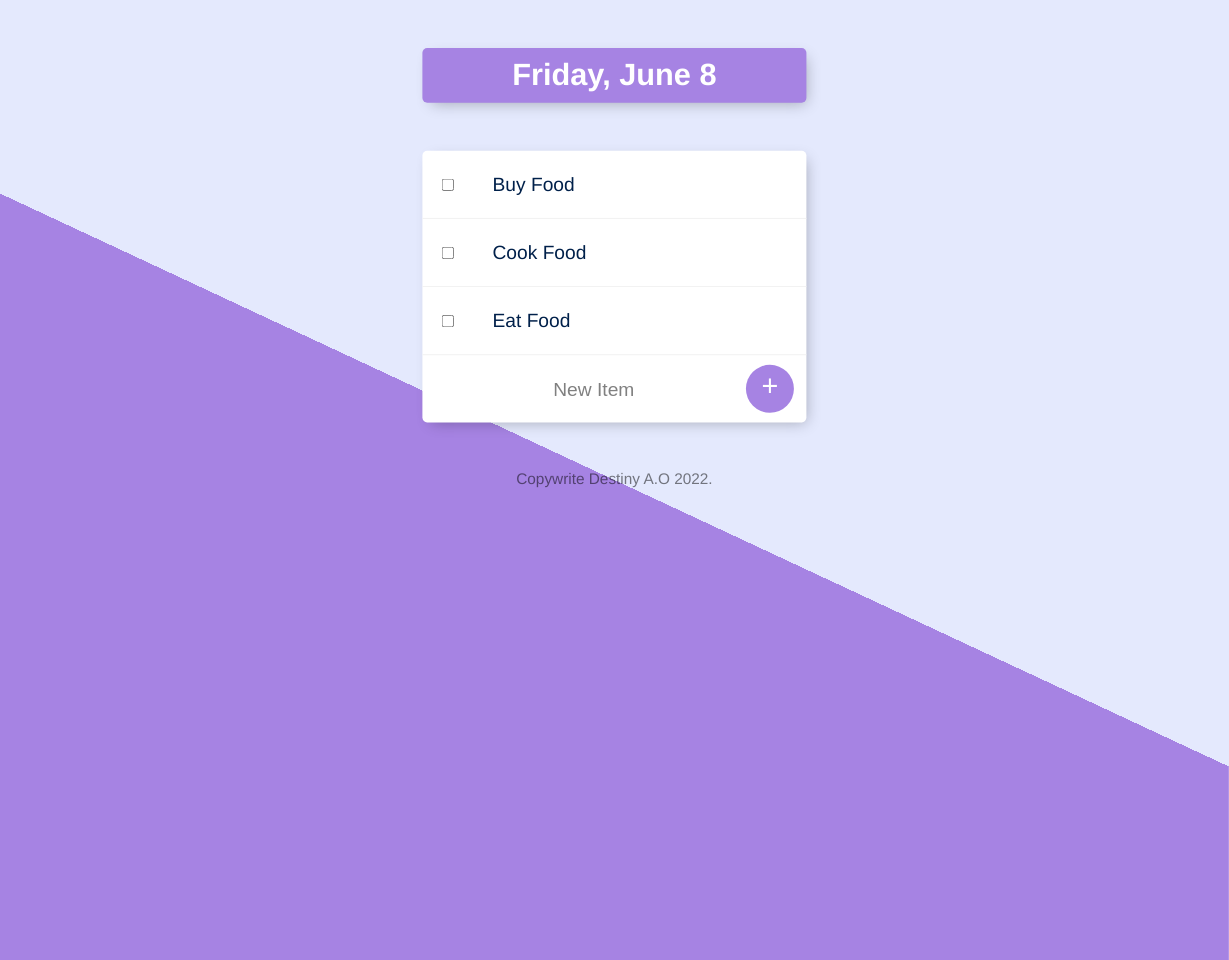
Repository: DESTINYAS/ToDo-List
Page: http://localhost/
These files come from the project's save history. The page is drawn as it stood at one moment and after the next save; the edit follows.
The browser window is 1280 px wide. The pictures show the whole page, at 96% of full size.
The page is served by the project's Node server (app.js).

Above is the page before, as saved 2022-08-25 12:49:22.

### views/list.ejs

    <%- include('header'); -%>
    <div class="box" id="heading">
      <h1><%= listTitle %></h1>
    </div>

    <div class="box">
        <% for( var i=0;i<newListItems.length;i++) {%>
        <div class="item">
          <input type="checkbox">
          <p><%= newListItems[i] %></p>
        </div>
        <%}%>
      <form class="item" action="/" method="post">
        <input type="text" name="newItem" placeholder="New Item" autocomplete="off"/>
        <button type="submit" name="list" value=<%= listTitle %>>+</button>
      </form>
    </div>
    <%- include('footer'); -%>

### views/header.ejs
<!DOCTYPE html>
<html lang="en">
  <head>
    <meta charset="UTF-8" />
    <meta http-equiv="X-UA-Compatible" content="IE=edge" />
    <meta name="viewport" content="width=device-width, initial-scale=1.0" />
    <title>To do list</title>
    <link rel="stylesheet" href="css/styles.css" />
  </head>
</html>

### views/footer.ejs

</body>
<footer>Copywrite Destiny A.O 2022.</footer>
</html>

### app.js
const express = require("express");
const bodyParser = require("body-parser");
const date = require(__dirname + "/date.js");
const app = express();
const items = ["Buy Food", "Cook Food", "Eat Food"];
const workItems = [];
app.set("view engine", "ejs");
app.use(bodyParser.urlencoded({ extended: true }));
app.use(express.static("public"));

app.get("/", function (req, res) {
  let day = date.getDate();
  res.render("list", { listTitle: day, newListItems: items });
});
app.post("/", function (req, res) {
  const item = req.body.newItem;
  if (req.body.list === "work") {
    workItems.push(item);
    res.redirect("/work");
  } else {
    items.push(item);
    res.redirect("/");
  }
});
app.get("/work", function (req, res) {
  res.render("list", { listTitle: "Work List", newListItems: workItems });
});
app.get("/about", function (req, res) {
  res.render("about");
});

app.listen(3000, function () {
  console.log("server started at port 3000");
});

### date.js
module.exports.getDate = getDate;
function getDate() {
  const today = new Date();

  const options = {
    weekday: "long",
    day: "numeric",
    month: "long",
  };
  const day = today.toLocaleDateString("en-US", options);
  return day;
}

module.exports.getDay = getDay;
function getDay() {
  const today = new Date();

  const options = {
    weekday: "long",
  };
  const day = today.toLocaleDateString("en-US", options);
  return day;
}

### public/css/styles.css
html {
  background-color: #e4e9fd;
  background-image: -webkit-linear-gradient(65deg, #a683e3 50%, #e4e9fd 50%);
  min-height: 1000px;
  font-family: "helvetica neue";
}

h1 {
  color: #fff;
  padding: 10px;
}

.box {
  max-width: 400px;
  margin: 50px auto;
  background: white;
  border-radius: 5px;
  box-shadow: 5px 5px 15px -5px rgba(0, 0, 0, 0.3);
}

#heading {
  background-color: #a683e3;
  text-align: center;
}

.item {
  min-height: 70px;
  display: flex;
  align-items: center;
  border-bottom: 1px solid #f1f1f1;
}

.item:last-child {
  border-bottom: 0;
}

input:checked + p {
  text-decoration: line-through;
  text-decoration-color: #a683e3;
}

input[type="checkbox"] {
  margin: 20px;
}

p {
  margin: 0;
  padding: 20px;
  font-size: 20px;
  font-weight: 200;
  color: #00204a;
}

form {
  text-align: center;
  margin-left: 20px;
}

button {
  min-height: 50px;
  width: 50px;
  border-radius: 50%;
  border-color: transparent;
  background-color: #a683e3;
  color: #fff;
  font-size: 30px;
  padding-bottom: 6px;
  border-width: 0;
}

input[type="text"] {
  text-align: center;
  height: 60px;
  top: 10px;
  border: none;
  background: transparent;
  font-size: 20px;
  font-weight: 200;
  width: 313px;
}

input[type="text"]:focus {
  outline: none;
  box-shadow: inset 0 -3px 0 0 #a683e3;
}

::placeholder {
  color: grey;
  opacity: 1;
}

footer {
  color: white;
  color: rgba(0, 0, 0, 0.5);
  text-align: center;
}

After the next save:
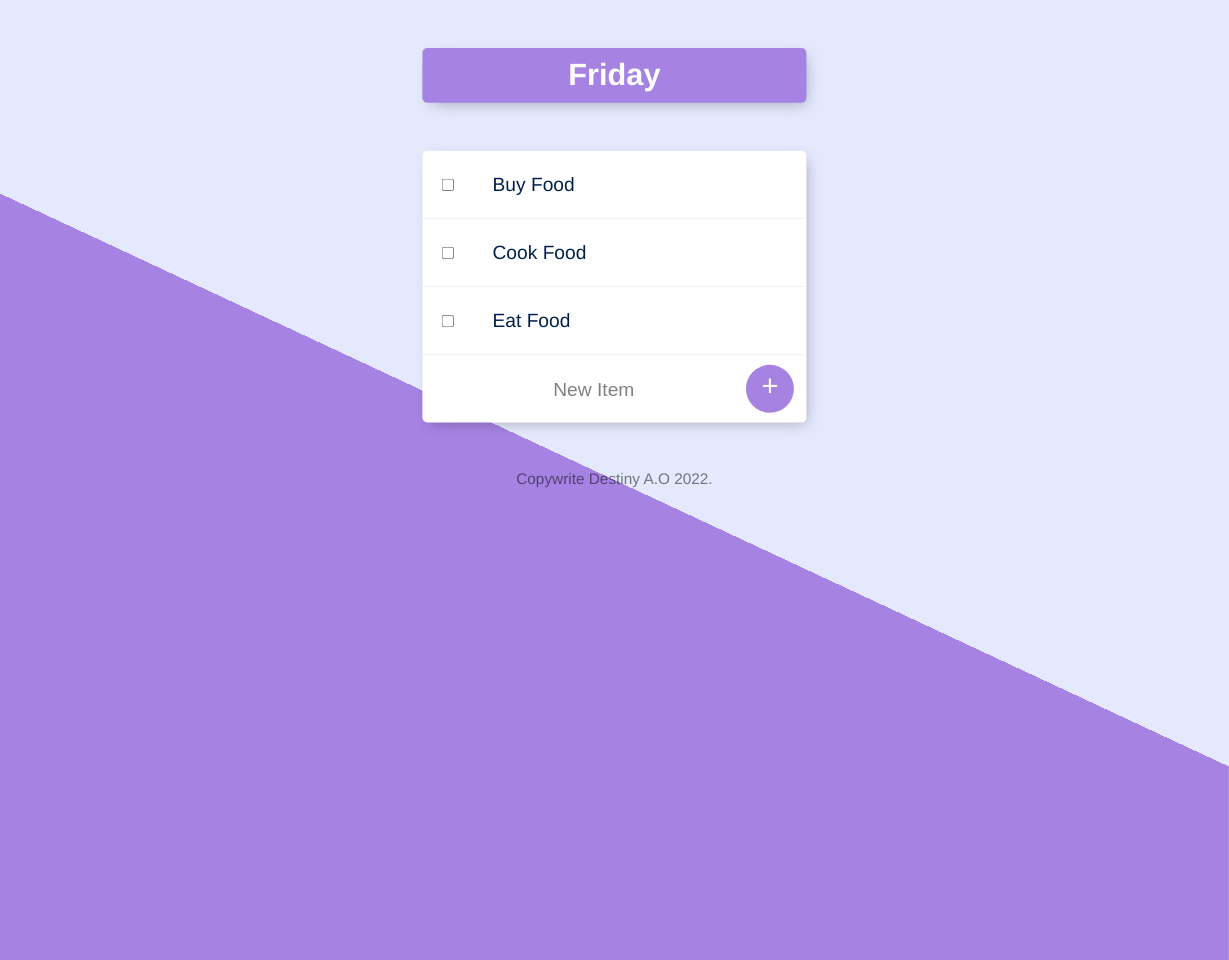
Saved 69 s later.
--- a/app.js
+++ b/app.js
@@ -9,7 +9,7 @@ app.use(bodyParser.urlencoded({ extended: true }));
 app.use(express.static("public"));
 
 app.get("/", function (req, res) {
-  let day = date.getDate();
+  let day = date.getDay();
   res.render("list", { listTitle: day, newListItems: items });
 });
 app.post("/", function (req, res) {
